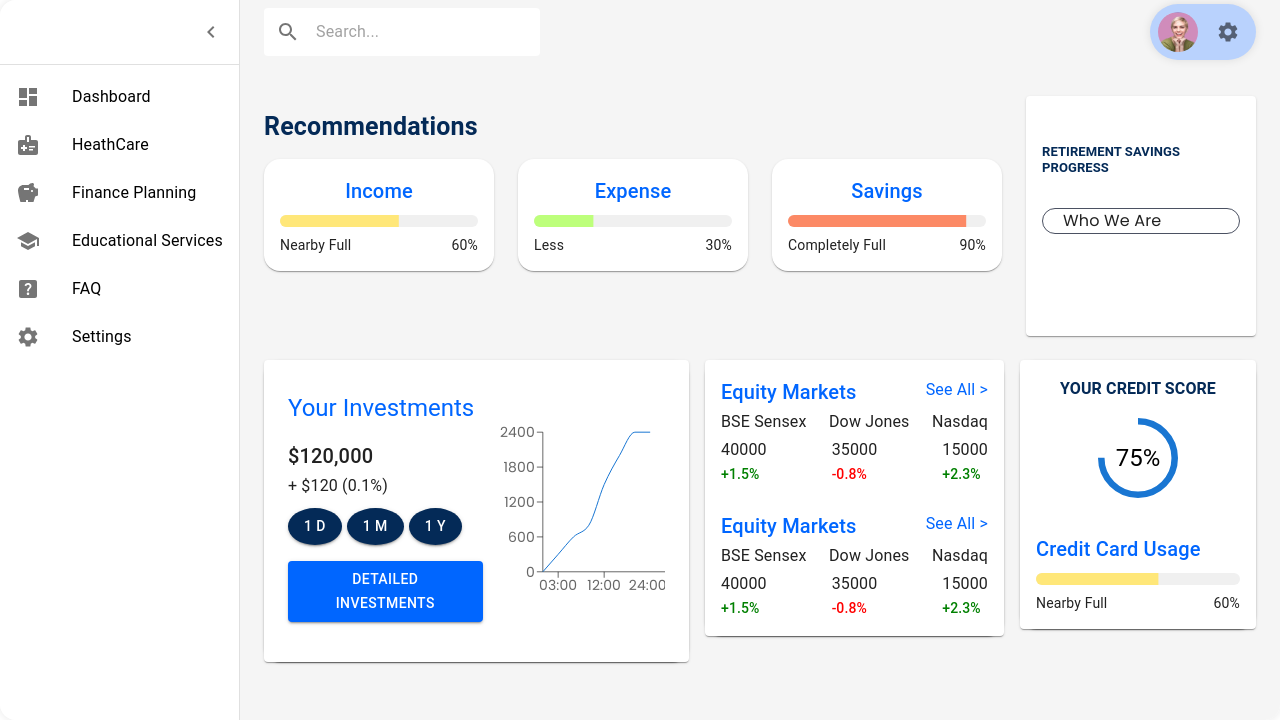
Repository: shubhampirate/TIAA_Retirement_hackathon
Page: /education
An editor plug-in stored every save of this project. The page is shown before and after the next save, followed by the edit.
The browser window is 1280 px wide. The pictures show the whole page.
The project was rebuilt for these pictures with package versions that can differ from the ones it lists, and the page was loaded fresh each time. Also part of the build but not shown: src/Components/CustomButton.jsx, src/Components/Navbar.jsx, src/Components/Properties.jsx, src/Components/Footer.jsx, src/Components/Hero.jsx, src/pages/Sign_In.jsx, src/Components/GaugeChart.jsx, src/Components/Dashboard.jsx and 3 more.

Above is the page before, as saved 2023-11-18 18:56:48.

After the next save:
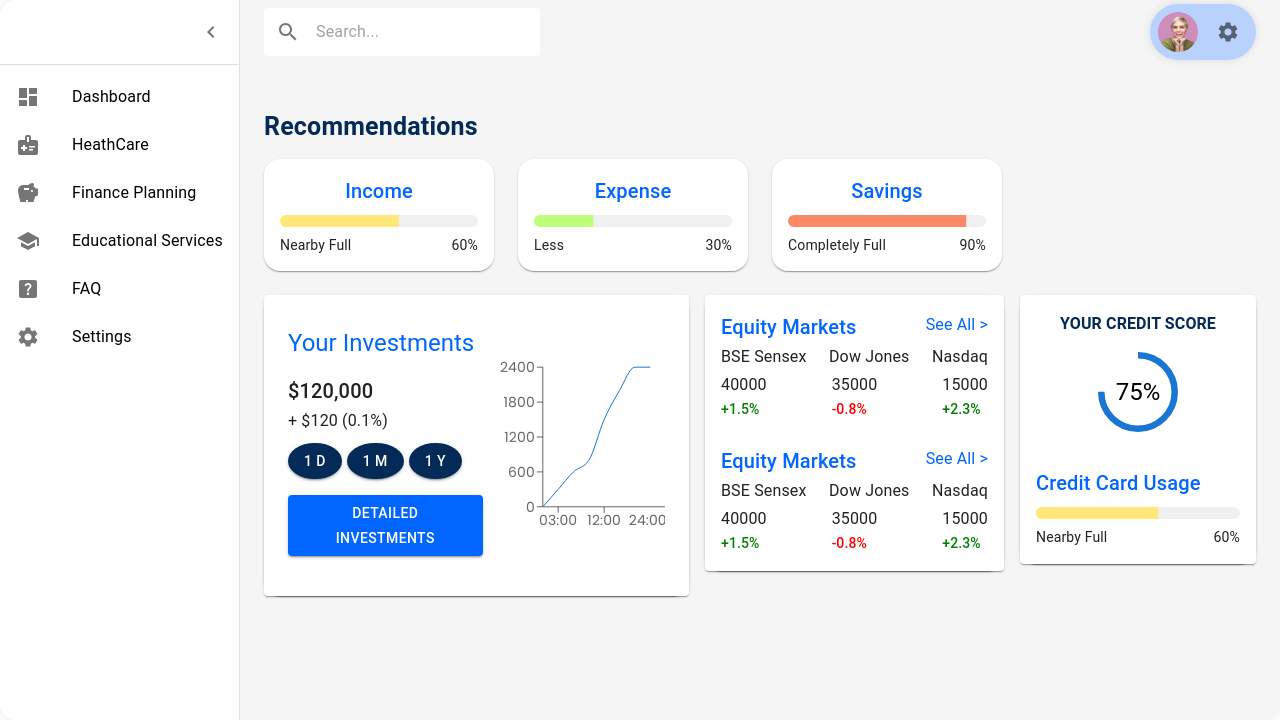
Saved 35 s later.
--- a/src/Components/Education.jsx
+++ b/src/Components/Education.jsx
@@ -267,7 +267,7 @@ export default function Education() {
 
 
                {/* Recent Deposits */}
-              <Grid item xs={12} md={4} lg={3}>
+              {/* <Grid item xs={12} md={4} lg={3}>
                 <Paper
                   sx={{
                     p: 2,
@@ -278,7 +278,7 @@ export default function Education() {
                 >
                   <Deposits />
                 </Paper>
-              </Grid>
+              </Grid> */}
               {/* Recent Orders */}
               <Grid item xs={12}>
                 {/* <Paper sx={{ p: 2, display: 'flex', flexDirection: 'column' }}> */}
